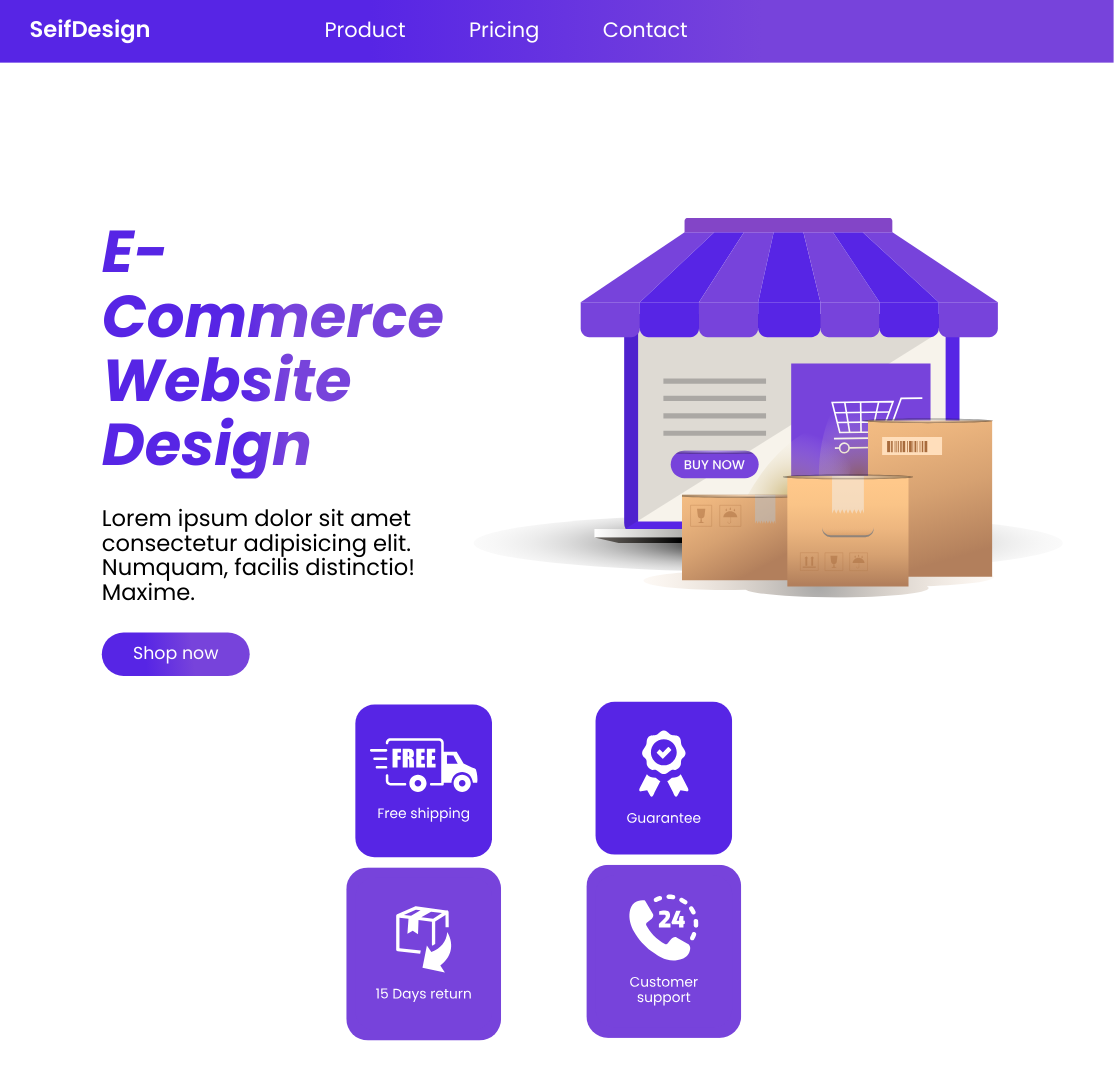
Repository: NatiqSamiyev/commers-desing-JS
Page: index.html
The author's editor kept a copy of each file at every save. The page is drawn from the files as they stood at one save, then again after the next save.
The browser window is 1280 px wide. The pictures show the whole page, at 87% of full size.
Some web fonts or font styles are not loaded; a fallback is used.

Above is the page before, as saved 2023-11-06 11:27:26.

### index.html
<!DOCTYPE html>
<html lang="en">
  <head>
    <meta charset="UTF-8" />
    <meta name="viewport" content="width=device-width, initial-scale=1.0" />
    <title>Document</title>
    <link rel="stylesheet" href="index.css" />
  </head>
  <body>
    <div class="commerse-design-container">
      <div class="top-container">
        <h1>SeifDesign</h1>

        <nav>
          <ul>
            <li>
              <a href="#">Product</a>
            </li>
            <li>
              <a href="#">Pricing</a>
            </li>
            <li>
              <a href="#">Contact</a>
            </li>
          </ul>
        </nav>


      </div>

      <main>
        <div class="box-1">
          <h2>E-Commerce Website Design</h2>
          <p>
            Lorem ipsum dolor sit amet consectetur adipisicing elit. Numquam,
            facilis distinctio! Maxime.
          </p>
          <button>
            <a href="#">Shop now</a>
          </button>
        </div>

        <div class="box-2">
          <img src="./image/Group.svg" alt="" />
        </div>
      </main>

      <div class="bottom-container">
        <div class="box-1">
          <img src="./image/Frame 12.svg" alt="" />
          <img src="./image/Frame 11.svg" alt="" />
        </div>
       <div class="box-2">
        <img src="./image/Frame 10.svg" alt="" />
        <img src="./image/Frame 13.svg" alt="" />
       </div>

      </div>
    </div>
  </body>
  <script src="./index.js"></script>
</html>

### index.css
@import url("https://fonts.googleapis.com/css2?family=Epilogue:wght@400;600;700;800;900&family=Inter:wght@400;500;600;700&family=Laila:wght@700&family=Open+Sans:wght@400;600;700;800&family=Poppins:ital,wght@0,400;0,500;0,600;0,700;1,700&family=Roboto+Slab:wght@700&family=Roboto:wght@400;700;900&display=swap");

* {
  margin: 0;
  padding: 0;
  box-sizing: border-box;
}

.commerse-design-container {
  width: 100%;
  padding: 0 0 33px 0;
  min-height: 100vh;
}

.top-container {
  width: 100%;
  padding: 16px 0 21px 34px;
  height: 72px;
  display: flex;
  justify-content: flex-start;
  align-items: center;
  background: linear-gradient(270deg, #7743db 31.64%, #5725e5 66.78%);
}

.top-container h1 {
  color: #fff;
  font-family: Poppins;
  font-size: 26px;
  font-style: normal;
  font-weight: 600;
  line-height: normal;
}

.top-container nav {
  margin-left: 200px;
}

.top-container nav ul {
  display: flex;
}

.top-container nav ul li {
  margin-right: 73px;
  list-style-type: none;
}

.top-container nav ul li a {
  text-decoration: none;
  color: #fff;
  text-align: center;
  font-family: Poppins;
  font-size: 24px;
  font-style: normal;
  font-weight: 300;
  line-height: normal;
}

.top-container form {
  display: none;
}

main {
  margin-top: 98px;
  margin-bottom: 24px;
  width: 100%;
  padding: 80px 83px;
  display: flex;
  justify-content: space-between;
}

.box-1 {
  padding: 3px 34px;
  height: 403px;
}

.box-1 h2 {
  margin-bottom: 32px;
  font-family: Poppins;
  font-size: 68px;
  font-style: italic;
  font-weight: 700;
  line-height: 109%;
  background: linear-gradient(268deg, #7743db 46.2%, #5725e5 59.09%);
  background-clip: text;
  -webkit-background-clip: text;
  -webkit-text-fill-color: transparent;
}

.box-1 p {
  margin-bottom: 32px;
  color: #000;
  font-family: Poppins;
  font-size: 26px;
  font-style: normal;
  font-weight: 300;
  line-height: 109%;
}

.box-1 button {
  width: 170px;
  height: 50px;
  padding: 0px 24px;
  display: flex;
  justify-content: center;
  align-items: center;
  gap: 10px;
  border-radius: 25px;
  background: linear-gradient(263deg, #7743db 38.81%, #5725e5 70.24%);
  border: none;
}

.box-1 button a {
  text-decoration: none;
  color: #fff;
  font-family: Poppins;
  font-size: 20px;
  font-style: normal;
  font-weight: 400;
  line-height: 109%;
}

.box-2 img {
  width: 677.61px;
  height: 437.417px;
}

.bottom-container {
  display: flex;
  justify-content: center;
}

.bottom-container img {
  margin-right: 64px;
  width: 178px;
  height: 199px;
  padding: 10px;
  display: flex;
  flex-direction: column;
  justify-content: center;
  align-items: center;
  gap: 18px;
  border-radius: 25px;

}

.bottom-container img:nth-child(2) {
  border-radius: 25px;
  background: #7743db;
}

.bottom-container img:last-child {
  border-radius: 25px;
  background: #7743db;
}

/* mobile design */

@media screen and (max-width: 768px) {
  .commerse-design-container {
    background-color: #ececec;
  }

  .top-container {
    padding: 17.5px 20px;
    justify-content: space-between;
  }

  .top-container h1 {
    font-size: 18px;
  }

  .top-container nav {
    display: none;
  }

  .top-container form {
    width: 37px;
    display: flex;
    flex-direction: column;
  }

  .top-container form label {
    height: 10px;
  }

  .top-container form input {
    width: 37px;
    height: 5px;
    margin-bottom: 2px;
    border-radius: 3px;
    border: none;
  }

  main {
    margin-top: 111px;
    margin-bottom: 0;
    padding: 0;
    display: flex;
    flex-direction: column-reverse;
    align-items: center;
  }

  .box-2 {
    margin-bottom: 29px;
    display: flex;
    justify-content: center;
    align-items: center;
  }

  .box-2 img {
    width: 352px;
    height: 256.511px;
  }

  .box-1 {
    width: 100%;
    padding: 0;
    height: 312px;
    display: flex;
    justify-content: center;
    flex-direction: column;
    align-items: center;
  }

  .box-1 h2 {
    width: 390px;
    text-align: center;
    font-size: 40px;
  }

  .box-1 p {
    width: 332px;
    text-align: center;
    font-size: 20px;
  }

  .bottom-container {
    margin: auto;
    width: 345px;
    margin-top: 46px;
    display: flex;
    height: 431px;
    flex-direction: column;
    justify-content: center;
    align-items: center;
    gap: 20px;
    flex-wrap: wrap;
  }

  .bottom-container img {
    width: 160px;
    height: 180px;
    padding: 0;
    margin-right: 0;
  }

  .box-1 button {
    margin-bottom: 0;
  }
}

Loaded but not shown: index.js (no stored copy; drawn as an empty file)

After the next save:
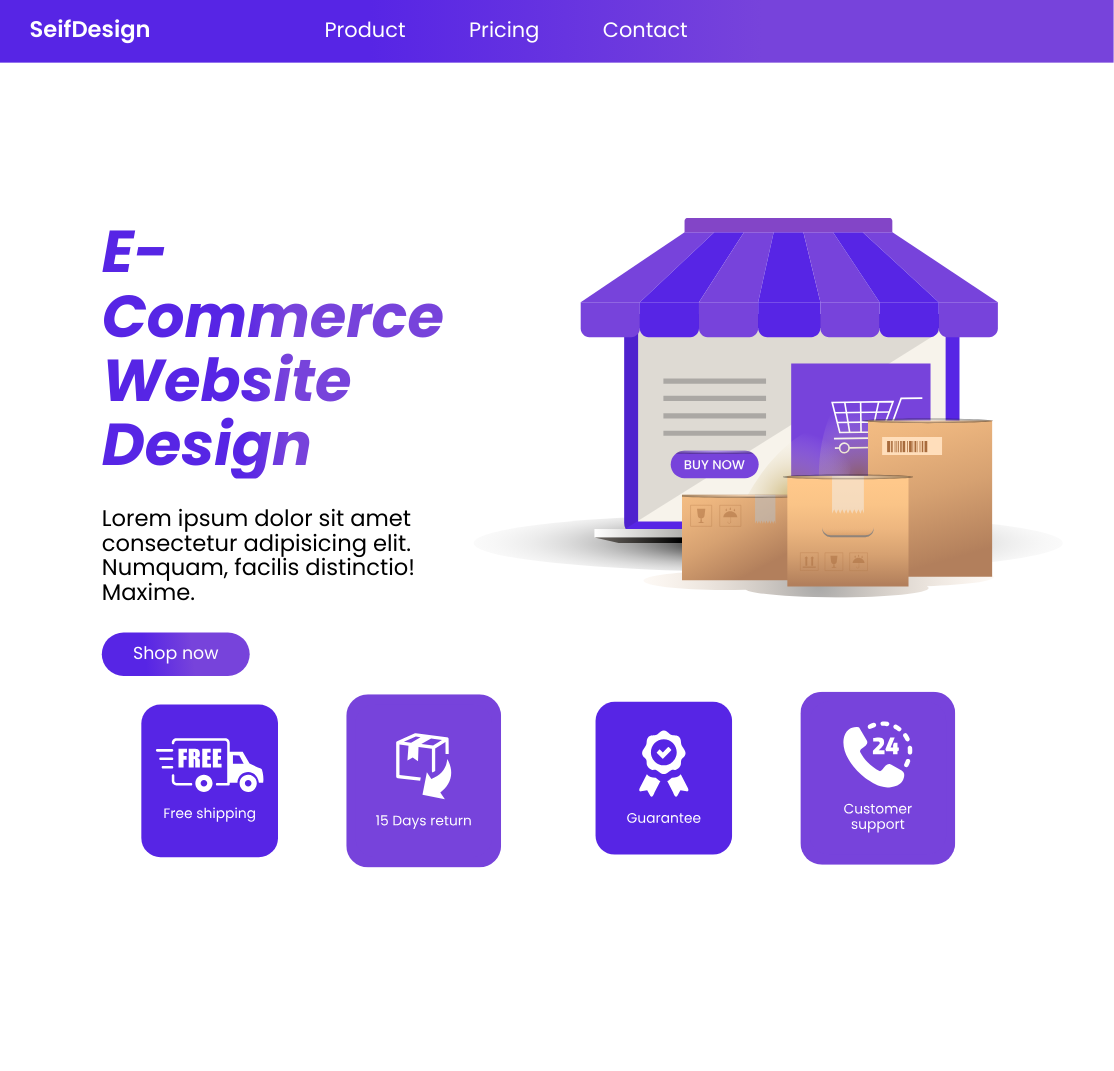
Saved 4 s later.
--- a/index.css
+++ b/index.css
@@ -134,11 +134,6 @@ main {
   width: 178px;
   height: 199px;
   padding: 10px;
-  display: flex;
-  flex-direction: column;
-  justify-content: center;
-  align-items: center;
-  gap: 18px;
   border-radius: 25px;
 
 }
